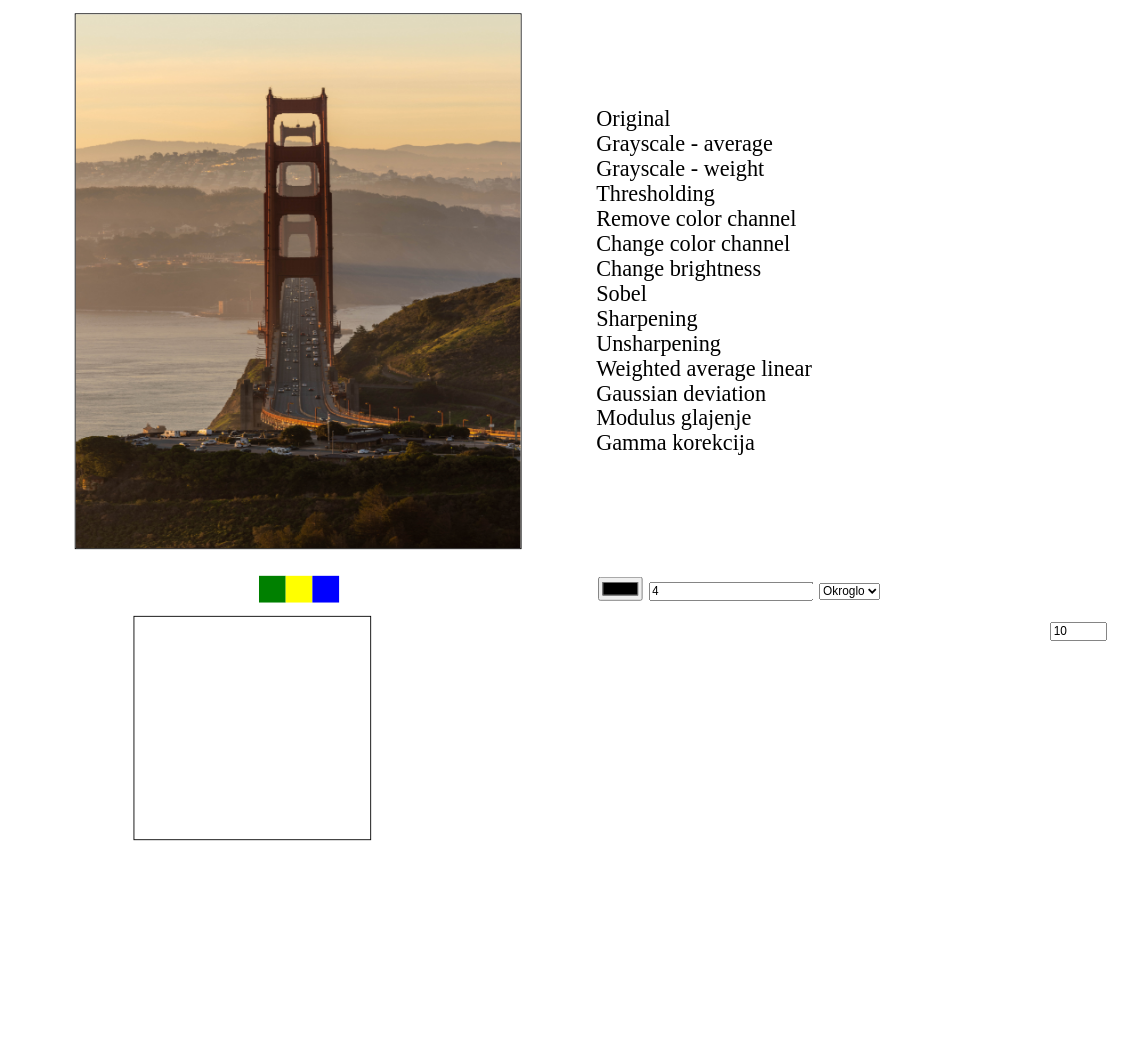
Repository: fussionko/web_photoshop
Page: index.html
The author's editor kept a copy of each file at every save. The page is drawn from the files as they stood at one save, then again after the next save.
The browser window is 1280 px wide. The pictures show the whole page, at 89% of full size.

Above is the page before, as saved 2022-04-28 14:20:22.

### index.html
<!doctype html>
<html lang="en">
    <head>
        <meta charset="utf-8">
        <meta name="viewport" content="width=device-width, initial-scale=1">

        <title>Slike</title>
        <link rel="stylesheet" href="style.css">
    </head>
    <body>
        <div id="container-main">
            <canvas id="main_canvas"></canvas>
            <div id="container-buttons"></div>
            <div id="container-controls"></div>
        </div>
        <div id="container-assist">
            <div id="container-history"><div id="history-back"></div><div id="history-fow"></div><div id="history-reset"></div></div>
            <div id="container-color">
                <input type="color" id="color" value="#000000">
                <input type="number" id="brush-size" step="1" value="4">
                <select id="cap-type">
                    <option value="butt">Butt</option>
                    <option value="round" selected>Okroglo</option>
                    <option value="square">Kvadrat</option>
                </select>
            </div>
        </div>
        <div id="container-histogram">
            <canvas id="main-graph"></canvas>
            <div id="container-graph-data">
                <input type="number" id="basket-num" step="1" max="255" min="1" value="10">
            </div>
        </div>
        <script src="filters.js"></script>
        <script src="draw.js"></script>
        <script src="history.js"></script>
        <script src="graph.js"></script>
        <script src="main.js"></script>
    </body>
</html>

### style.css
html {
    margin: 0;
    width: 100%;
    height: 100%;

    background-color: white !important;
}
body {
    margin: 0;

    display: grid;
    align-items: center;

    font-size: 25px;
    background-color: white !important;
    width: 100%;
    height: 100%;

}

#container-main, #container-assist, #container-historgram {
    margin: 15px 0;
}

#container-main {
    width: 100%;
    display: grid;
    grid-template-columns: auto auto 200px;
    align-items: center;
    justify-content: space-evenly;

}
canvas {

    border: 1px solid black;
}

.button-function {
    border: 1px solid black;
    padding: 5px;
    margin: 5px;;
}

#container-assist {
    display: grid;
    grid-template-columns: auto auto ;
    justify-content: space-evenly;
}

#container-history {
    display: flex;

}

#history-back, #history-fow, #history-reset {
    width: 30px;
    height: 30px;
}

#history-fow {
    background-color: yellow;
}

#history-back {
    background-color: green;
}

#history-reset {
    background-color: blue;
}

#container-histogram {
    display: grid;
    grid-template-columns: 1fr 100px;
    margin-left: 150px;
    margin-bottom: 100px;
    height: 500px;
}

### draw.js
function loadDraw()
{
    document.addEventListener('mousemove', draw);
    document.addEventListener('mousedown', function(e){
        setPosition(e);
        draw(e);
    });
    document.addEventListener('mouseenter', setPosition);
    document.addEventListener('mouseup', function(e){
        if(e.clientX > canvas_x_position + canvas_width || e.clientX < canvas_x_position) return;
        if(e.clientY > canvas_y_position + canvas_height || e.clientY < canvas_y_position) return;
        loadImage(getPixelData());
    });

    document.getElementById("color").addEventListener("change", function(){
        draw_color = this.value;
        console.log(draw_color);
    });

    document.getElementById("brush-size").addEventListener("change", function(){
        brush_size = parseInt(this.value);
        console.log(brush_size);
    });

    document.getElementById("cap-type").addEventListener("change", function(){
        cap_type = this.value;
        console.log(cap_type);
    });
}

let pos = {x:0, y:0}

function setPosition(e)
{
    pos.x = e.clientX - canvas_x_position;
    pos.y = e.clientY - canvas_y_position;
}

let draw_color = "#000000";
let brush_size = 4;
let cap_type = "round";
function draw(e)
{
    if (e.buttons !== 1) return;

    main_ctx.beginPath(); // begin

    main_ctx.lineWidth = brush_size;
    main_ctx.lineCap = cap_type;
    main_ctx.strokeStyle = draw_color;

    main_ctx.moveTo(pos.x, pos.y); // from
    setPosition(e);
    main_ctx.lineTo(pos.x, pos.y); // to

    main_ctx.stroke(); // draw it!


}

function delete_draw(e)
{
    if (e.buttons !== 1) return;

    main_ctx.beginPath(); // begin

    main_ctx.lineWidth = brush_size;
    main_ctx.lineCap = 'round';
    main_ctx.strokeStyle = draw_color;

    main_ctx.moveTo(pos.x, pos.y); // from
    setPosition(e);
    main_ctx.lineTo(pos.x, pos.y); // to

    main_ctx.stroke(); // draw it!
}

### history.js
function loadHistory()
{
    document.getElementById("history-back").addEventListener("click", function(){
        if(moveBackwardHistory() == -1) return;
        loadImageHistory();
    })

    document.getElementById("history-fow").addEventListener("click", function(){
        if(moveFowardHistory() == -1) return;
        loadImageHistory();
    })

    document.getElementById("history-reset").addEventListener("click", function(){
        let draw_image = new ImageData(canvas_width, canvas_height);
        draw_image.data.set(original_img_data);
        history = [draw_image.data];
        currentHistoryIndex = 1;
        current_filter_data["filter"] = "original";
        current_filter_data["index"] = 1;
        current_filter_data["data"] = draw_image.data;
        loadImageHistory();
    })
}

let history = [];
let currentHistoryIndex = 0;
function addToHistory(img_data)
{
    if(checkSame(img_data, history[history.length-1]) == 1) return;
    if(currentHistoryIndex != history.length)
        removeHistoryToIndex();

    history.push(img_data);
    currentHistoryIndex++;
}

function removeHistoryToIndex()
{
    history.splice(currentHistoryIndex, history.length-currentHistoryIndex)
}

function moveFowardHistory()
{
    if(currentHistoryIndex+1 > history.length) return -1;
    currentHistoryIndex++;
    return 1;
}

function moveBackwardHistory()
{
    if(currentHistoryIndex-1 <= 0) return -1;
    currentHistoryIndex--;
    return 1;
}

function getCurrentHistory()
{
    return history[currentHistoryIndex];
}

### graph.js

const graph_width = 265;
const graph_height = 250;

let main_graph;
let graph_ctx;

let normalization_value = 35;
let graph_offset = 5;


function initGraph()
{

    main_graph = document.getElementById("main-graph");
    graph_ctx = main_graph.getContext('2d');
    main_graph.width = graph_width;
    main_graph.height = graph_height;

    document.getElementById("basket-num").addEventListener("change", function(){
        basket_num = parseInt(this.value);
    });

    create_graph()
}

let basket_num = 10;
let basket_size = Math.round(255/basket_num);
const graph_template = {
    "r":{},
    "g":{},
    "b":{}
}
let graph = JSON.parse(JSON.stringify(graph_template));

function create_graph()
{
    // graph = JSON.parse(JSON.stringify(graph_template));
    // for(let i = 1; i <= basket_num; i++)
    // {
    //     graph["r"][basket_size*i] = 0;
    //     graph["g"][basket_size*i] = 0;
    //     graph["b"][basket_size*i] = 0;
    // }
    graph = JSON.parse(JSON.stringify(graph_template));
    for(let i = 0; i <= 255; i++)
    {
        graph["r"][i] = 0;
        graph["g"][i] = 0;
        graph["b"][i] = 0;
    }
}

async function count_Pixel(img_data)
{
    let ranges = Object.keys(graph["r"]);
    console.log(ranges);
    // for(let i = 0; i < img_data.length; i+=4)
    // {
    //     for(const key in ranges)
    //         if(img_data[i] < parseInt(ranges[key]))
    //         {
    //             graph["r"][ranges[key]]++;
    //             break;
    //         }
    //     for(const key in ranges)
    //         if(img_data[i+1] < parseInt(ranges[key]))
    //         {
    //             graph["g"][ranges[key]]++;
    //             break;
    //         }
    //     for(const key in ranges)
    //         if(img_data[i+2] < parseInt(ranges[key]))
    //         {
    //             graph["b"][ranges[key]]++;
    //             break;
    //         }
    // }
   // console.log(graph);
    for(let i = 0; i < img_data.length; i+=4)
    {

        graph["r"][ranges[img_data[i]]]++;
        graph["g"][ranges[img_data[i+1]]]++;
        graph["b"][ranges[img_data[i+2]]]++;
        //drawLine(graph_offset+img_data[i], graph_height, graph_offset+img_data[i], graph_height-graph["r"][ranges[img_data[i]]], "#FF0000")
    }


    normalizeGraph();
    console.log(graph);
    //draw_graph();
}

function normalizeGraph()
{
    console.log(normalization_value);
    for(const c in graph)
        for(const range in graph[c])
            graph[c][range] = Math.round(graph[c][range]/normalization_value);
}


function draw_graph_animation()
{
    for(let range in graph["r"])
    {
        range = parseInt(range);

        graph_ctx.beginPath();
        graph_ctx.moveTo(graph_offset+range, graph_height);
        graph_ctx.strokeStyle = "#FF0000";
        graph_ctx.lineTo(graph_offset+range, graph_height-graph["r"][range]);
        graph_ctx.stroke();
        graph_ctx.closePath();
    }
}

window.requestAnimationFrame(draw);

async function drawLine(x1, y1, x2, y2, color)
{
    graph_ctx.beginPath();

    graph_ctx.strokeStyle = color;
    graph_ctx.moveTo(x1, y1);
    graph_ctx.lineTo(x2, y2);
    graph_ctx.stroke();

    graph_ctx.closePath();
}

function draw_graph()
{
    graph_ctx.lineWidth = 1;
    console.log(graph);
    for(let range in graph["r"])
    {
        range = parseInt(range);

        graph_ctx.beginPath();
        graph_ctx.moveTo(graph_offset+range, graph_height);
        graph_ctx.strokeStyle = "#FF0000";

        graph_ctx.lineTo(graph_offset+range, graph_height-graph["r"][range]);
        graph_ctx.stroke();
        graph_ctx.closePath();

        graph_ctx.beginPath();
        graph_ctx.moveTo(graph_offset+range, graph_height);
        graph_ctx.strokeStyle = "#00FF00";
        graph_ctx.lineTo(graph_offset+range, graph_height-graph["g"][range]);
        graph_ctx.stroke();
        graph_ctx.closePath();

        graph_ctx.beginPath();
        graph_ctx.moveTo(graph_offset+range, graph_height);
        graph_ctx.strokeStyle = "#0000FF";
        graph_ctx.lineTo(graph_offset+range, graph_height-graph["b"][range]);
        graph_ctx.stroke();
        graph_ctx.closePath();
    }


}

Loaded but not shown: main.js (433 lines, source omitted); filters.js (443 lines, source omitted)

After the next save:
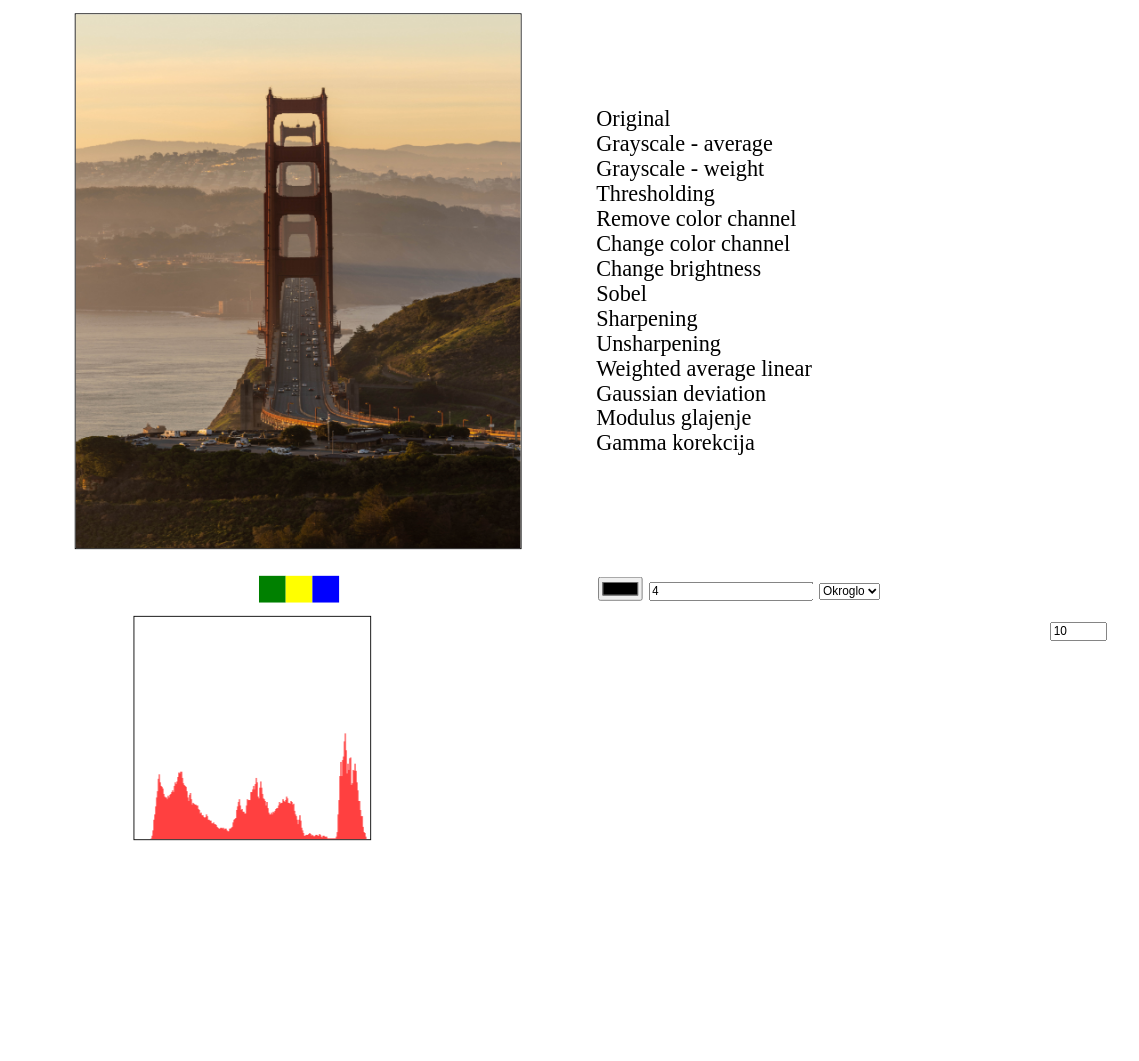
Saved 2 min 4 s later.
--- a/graph.js
+++ b/graph.js
@@ -116,7 +116,7 @@
     }
 }
 
-window.requestAnimationFrame(draw);
+window.requestAnimationFrame(draw_graph_animation);
 
 async function drawLine(x1, y1, x2, y2, color)
 {

After the 2 saves that followed:
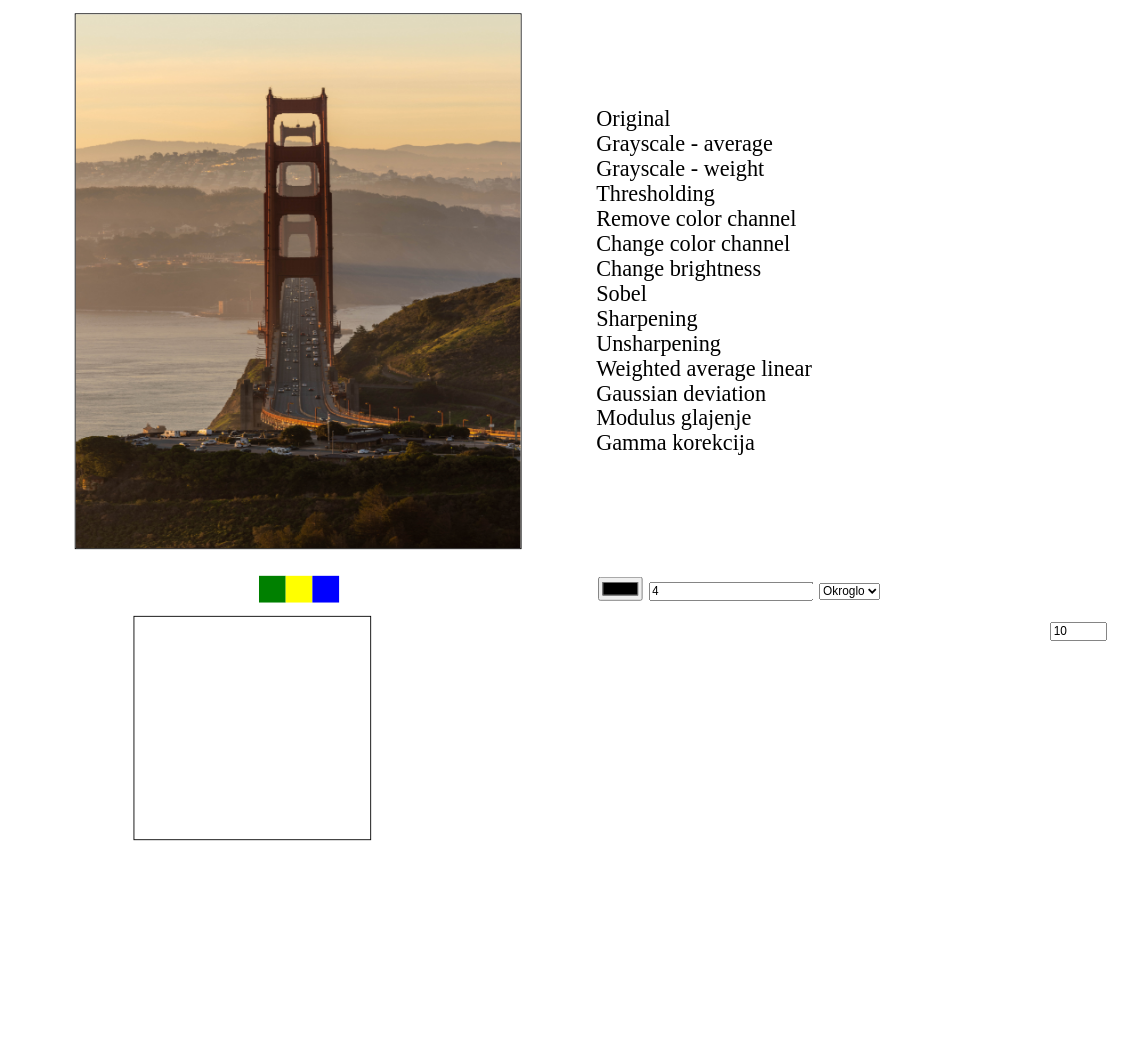
The 2 saves are shown as one change because they came seconds apart.
The last was saved 86 s later.
--- a/graph.js
+++ b/graph.js
@@ -100,7 +100,7 @@
             graph[c][range] = Math.round(graph[c][range]/normalization_value);
 }
 
-
+let i = 100;
 function draw_graph_animation()
 {
     for(let range in graph["r"])
@@ -114,9 +114,16 @@
         graph_ctx.stroke();
         graph_ctx.closePath();
     }
+    if(i == 100)
+    {
+        i=0;
+        return;
+    }
+    i++;
+    window.requestAnimationFrame(draw_graph_animation);
 }
 
-window.requestAnimationFrame(draw_graph_animation);
+
 
 async function drawLine(x1, y1, x2, y2, color)
 {
